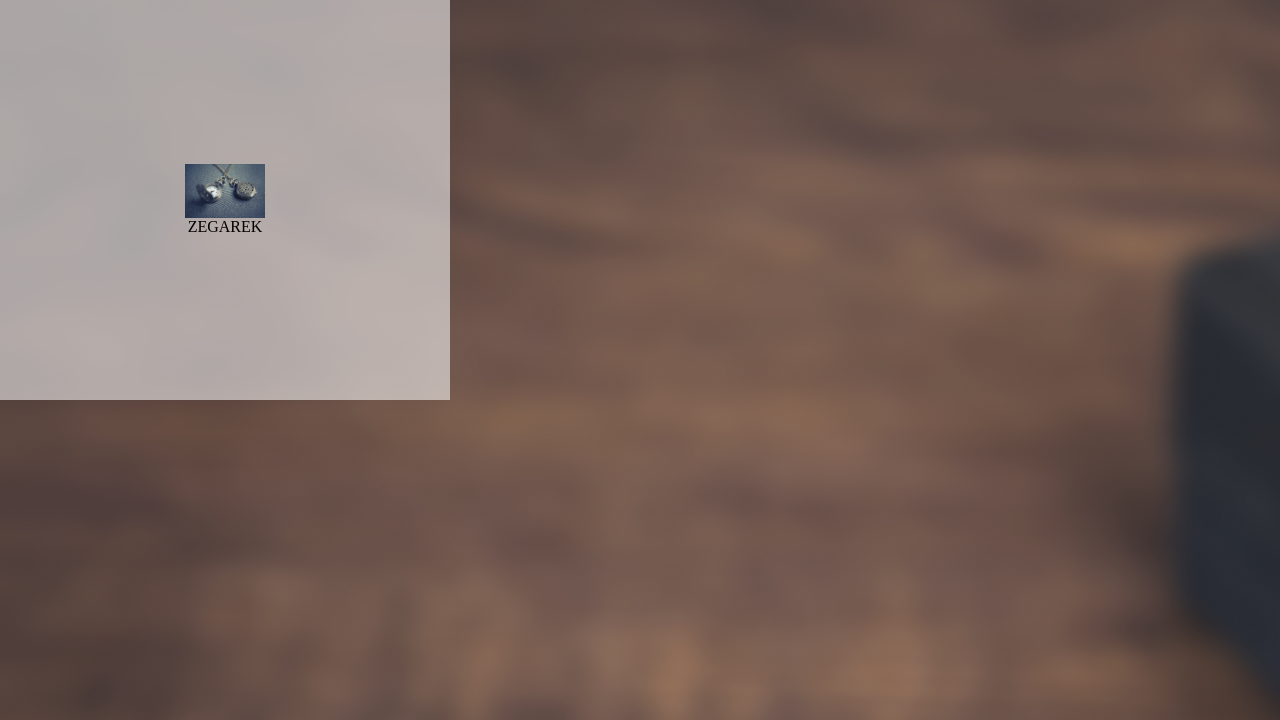
Repository: Rickardo198/prezent
Page: index.html
These files come from the project's save history. The page is drawn as it stood at one moment and after the next save; the edit follows.
The browser window is 1280 px wide. The pictures show the whole page.

Above is the page before, as saved 2020-10-25 21:16:39.

### index.html
<!DOCTYPE HTML>
<html>
<head>
    <title>Wszystkiego najlepszego!</title>
    <meta charset="utf-8">
    <style>
        *{
            margin: 0;
            padding: 0;
        }
        body{
            width: calc(100vw - 20px);
            height: 100vh;
            background: url("bg.png");
            box-sizing: border-box;
        }
        .wrapper{
            width: 450px;
            height: 400px;
            position: relative;
            display: flex;
            flex-direction: column;
            align-items: center;
            justify-content: center;
        }
        .bgWrapper{
            width: 100%;
            height: 100%;
            position: absolute;
            top:0;
            left: 0;
            background: rgba(255, 255, 255, .55);
            filter: blur(30);
            z-index: -1;
        }
        .wrapperImg{
            width: 80px;
        }
    </style>
</head>
<body>
    <div class="wrapper">
        <div class="bgWrapper"></div>
        <img src="img.png" alt="obrazki" class="wrapperImg">
        <p class="wrapperTitle">ZEGAREK</p>
    </div>
</body>
</html>

After the next save:
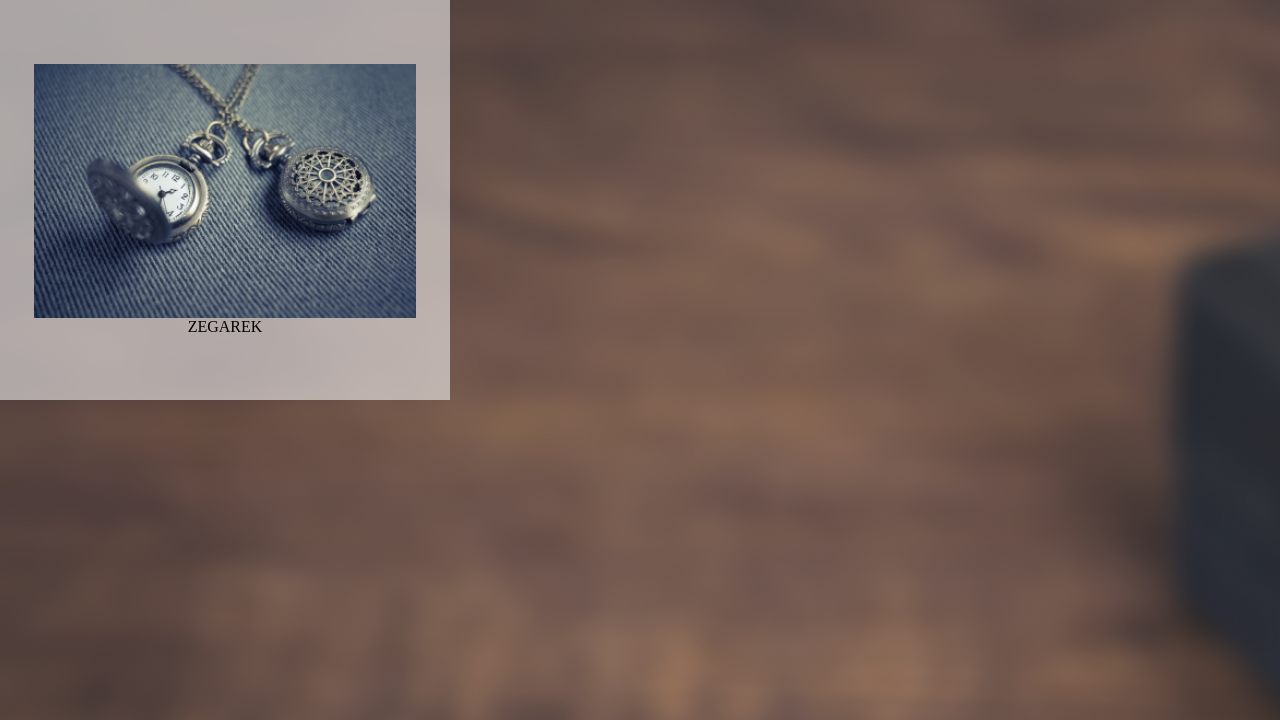
Saved 10 s later.
--- a/index.html
+++ b/index.html
@@ -34,7 +34,7 @@
             z-index: -1;
         }
         .wrapperImg{
-            width: 80px;
+            width: 85%;
         }
     </style>
 </head>
